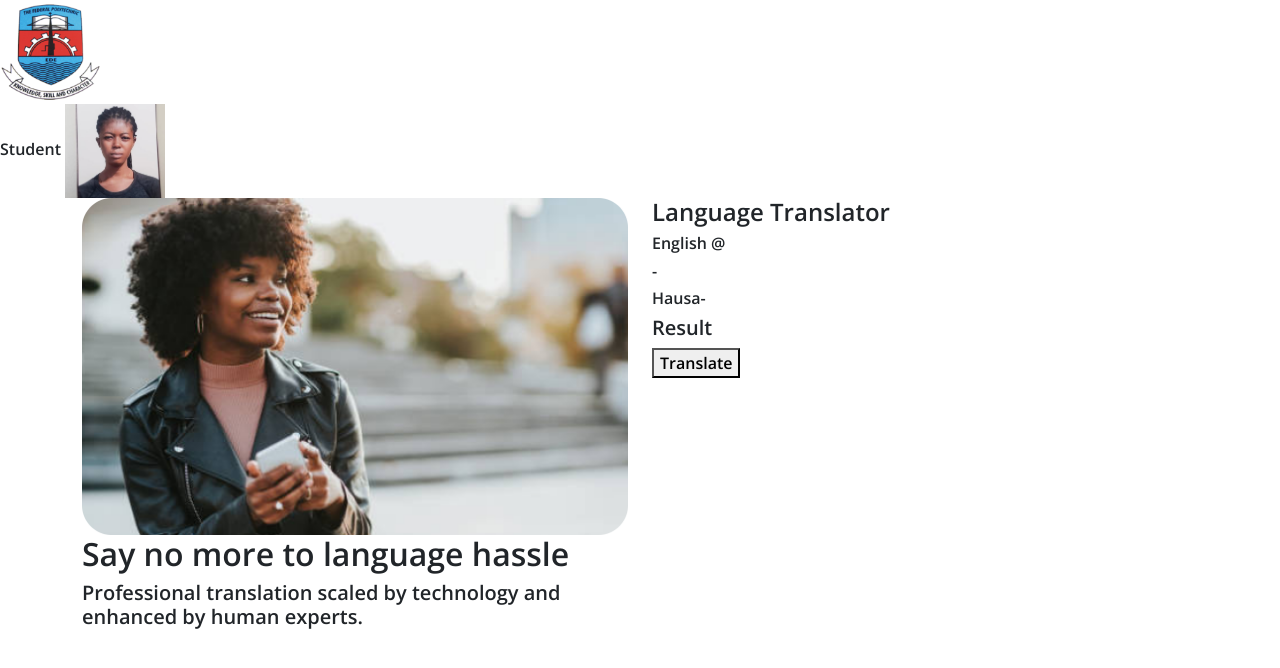
Repository: tgoodness/language-translator
Page: /
An editor plug-in stored every save of this project. The page is shown before and after the next save, followed by the edit.
The browser window is 1280 px wide. The pictures show the whole page.
The project was rebuilt for these pictures with package versions that can differ from the ones it lists, and the page was loaded fresh each time. Also part of the build but not shown: src/App.css.

Above is the page before, as saved 2022-05-01 13:20:52.

### src/index.js
import ReactDOM from 'react-dom/client';
import App from './App';
import 'bootstrap/dist/css/bootstrap.min.css';
import 'animate.css';
import './index.css';


const root = ReactDOM.createRoot(document.getElementById('root'));
root.render(
  <App />
);

### src/App.js
import All from './all';
import './App.css';

function App() {
  return <All />
}

export default App;

### src/index.css
@import url('https://fonts.googleapis.com/css2?family=Open+Sans:wght@600;700&display=swap');

body {
  margin: 0;
  font-family: 'Open Sans', sans-serif;
  -webkit-font-smoothing: antialiased;
  -moz-osx-font-smoothing: grayscale;
}

### src/all/index.jsx
import Lady from "../assets/lady.png";
import Header from './Header';

function Index() {
    return (
        <div>
            <Header />
            <div className="container">
                <div className="row">
                    <div className="col-md-6">
                        <img src={Lady} alt="Lady"  className="img-fluid" />
                        <div className="app-description">
                            <h2>Say no more to language hassle</h2>
                            <h5>
                                Professional translation scaled by technology and enhanced by
                                human experts.
                            </h5>
                        </div>
                    </div>

                    <div className="col-md-6">
                        <h4>Language Translator</h4>
                        <div className="lang-text-container">
                            <div className="languages-container">
                                <h6>
                                    English <span>@</span>
                                </h6>
                                <h6>
                                    <span>-</span>
                                </h6>
                                <h6>
                                    Hausa<span>-</span>
                                </h6>
                            </div>
                            <div></div>
                        </div>

                        <div className="result">
                            <h5>Result</h5>
                            <div></div>
                        </div>

                        <button>Translate</button>
                    </div>
                </div>
            </div>
        </div>
    );
}

export default Index;

### src/all/header.jsx
import  Logo from "../assets/logo.png";
import StudentAvater  from "../assets/avater.png";
function header() {
  return (
    <div className="header">
      <div>
        <img src={Logo} width="100" alt="Logo" />
      </div>

      <div>
        <span>
          Student <img src={StudentAvater} width="100" alt="Student Avater" />
        </span>
      </div>
    </div>
  );
}

export default header;

Loaded but not shown: public/index.html (common file)

After the next save:
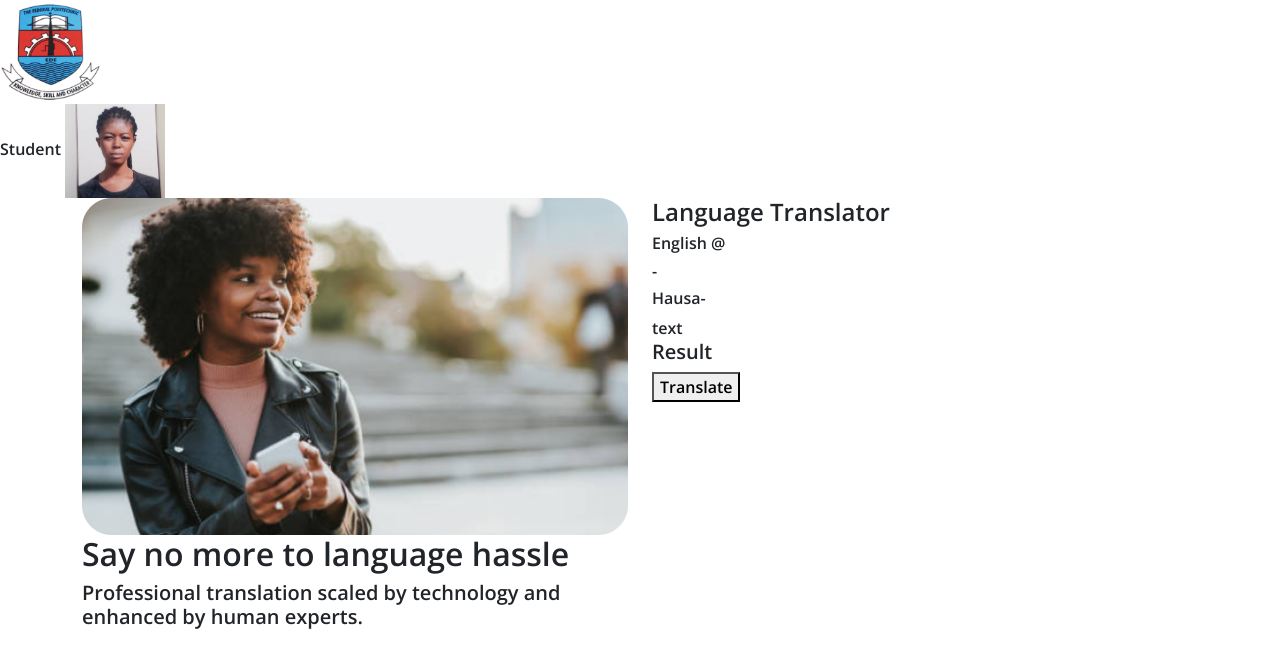
Saved 10 s later.
--- a/src/all/index.jsx
+++ b/src/all/index.jsx
@@ -32,7 +32,7 @@ function Index() {
                                     Hausa<span>-</span>
                                 </h6>
                             </div>
-                            <div></div>
+                            text
                         </div>
 
                         <div className="result">
